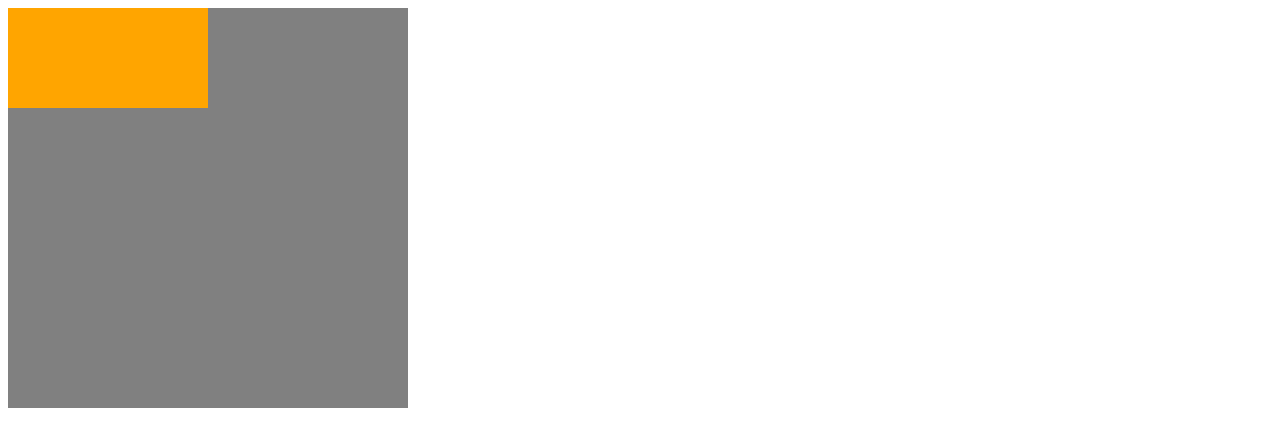
Repository: 123648923/html5-css3
Page: css/15 盒子模型/16 布局小技巧.html
The author's editor kept a copy of each file at every save. The page is drawn from the files as they stood at one save, then again after the next save.
The browser window is 1280 px wide. The pictures show the whole page.

Above is the page before, as saved 2023-11-07 14:15:21.

### css/15 盒子模型/16 布局小技巧.html
<!DOCTYPE html>
<html lang="zh-CN">

<head>
    <meta charset="UTF-8">
    <title>布局小技巧</title>
    <style>
        .outer {
            width: 400px;
            height: 400px;
            background-color: gray;
        }

        .inner {
            width: 200px;
            height: 100px;
            background-color: orange;
        }
    </style>
</head>

<body>
    <div class="outer">
        <div class="inner"></div>
    </div>
</body>

</html>

After the next save:
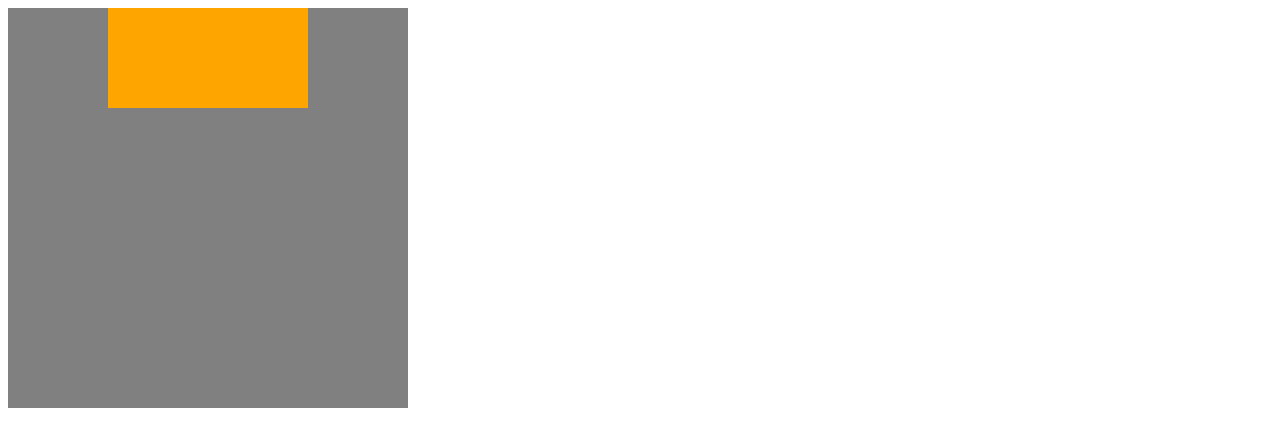
Saved 41 s later.
--- a/css/15 盒子模型/16 布局小技巧.html
+++ b/css/15 盒子模型/16 布局小技巧.html
@@ -15,6 +15,7 @@
             width: 200px;
             height: 100px;
             background-color: orange;
+            margin: 0px auto;
         }
     </style>
 </head>
